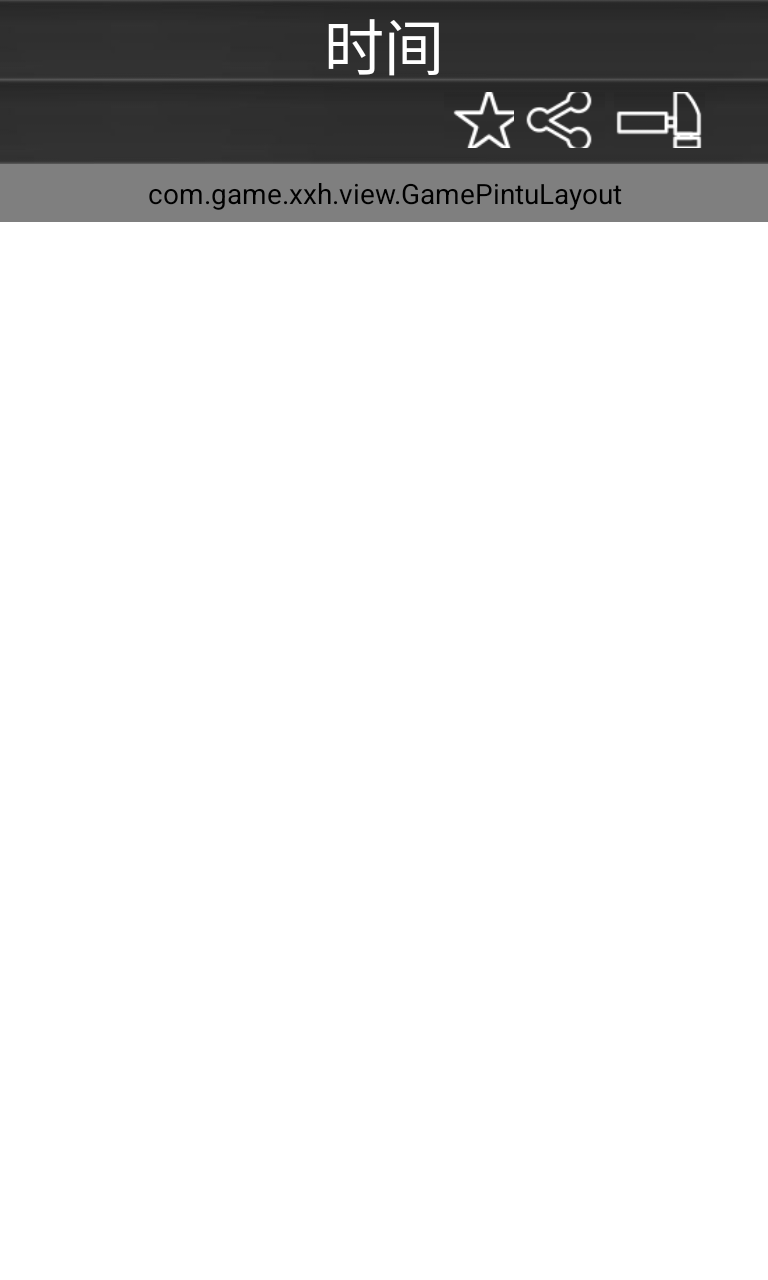
Repository: hosle/gad2
Layout: Pintu/res/layout/activity_xxh_main.xml
These files come from the project's save history. The layout is drawn as it stood at one moment and after the next save; the edit follows.
Pictures or frames that could not be fetched are drawn as grey boxes. It is drawn on a 768 x 1280 px phone screen (xhdpi) without system bars, with theme AppTheme; the app's code is not run.

Above is the layout before, as saved 2015-07-10 10:29:12.

After the next save:
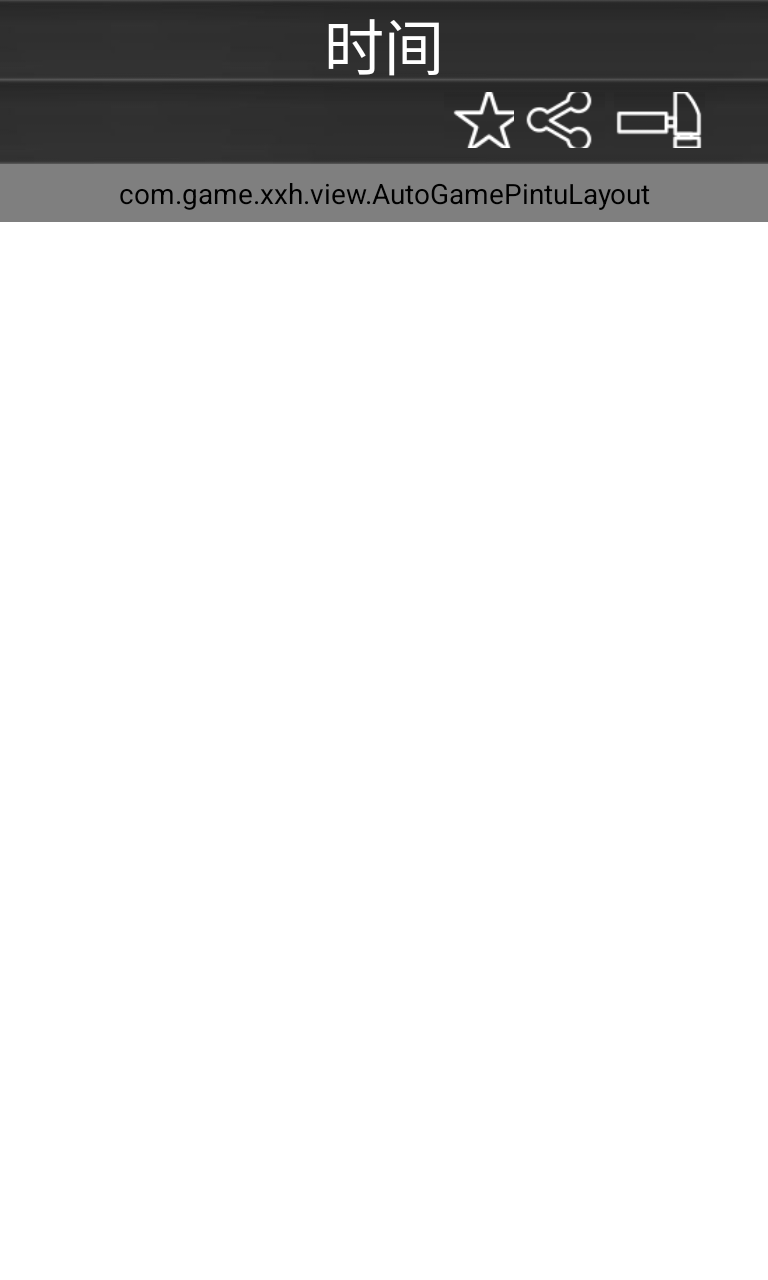
Saved 2 days later.
--- a/Pintu/res/layout/activity_xxh_main.xml
+++ b/Pintu/res/layout/activity_xxh_main.xml
@@ -58,7 +58,7 @@
             android:src="@drawable/game_bar_03" />
     </RelativeLayout>
 
-    <com.game.xxh.view.GamePintuLayout
+    <com.game.xxh.view.AutoGamePintuLayout
         android:id="@+id/id_gameview"
         android:layout_width="fill_parent"
         android:layout_height="wrap_content"
